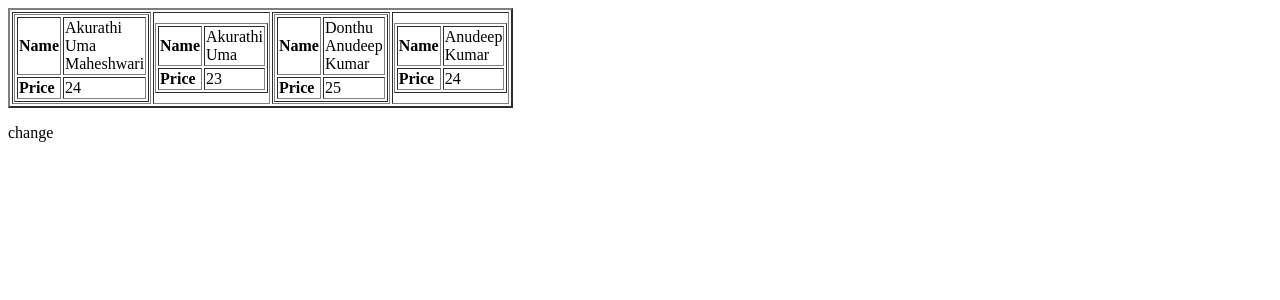
Repository: AnudeepKumarDonthu/ws
Page: work/src/main/webapp/WEB-INF/html/JsonArrayPractice.html
An editor plug-in stored every save of this project. The page is shown before and after the next save, followed by the edit.
The browser window is 1280 px wide. The pictures show the whole page.

Above is the page before, as saved 2017-01-03 07:27:31.
Console error: TypeError: Cannot set properties of null (setting 'innerHTML')

After the next save:
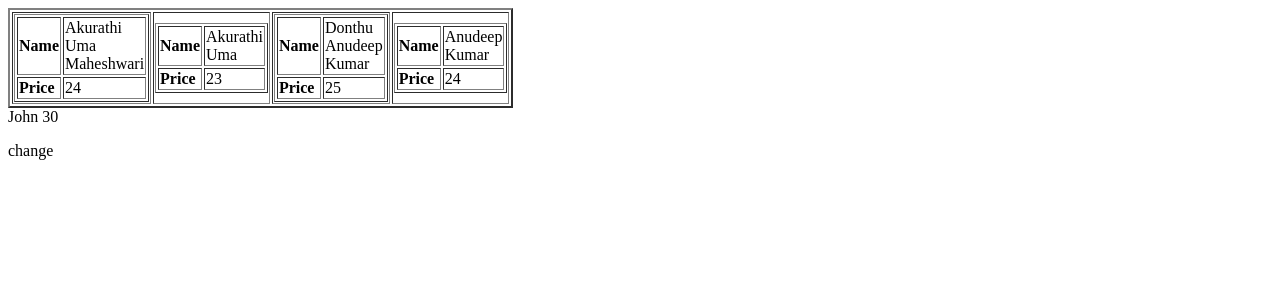
The error is gone.
Saved 51 s later.
--- a/work/src/main/webapp/WEB-INF/html/JsonArrayPractice.html
+++ b/work/src/main/webapp/WEB-INF/html/JsonArrayPractice.html
@@ -52,7 +52,8 @@
 </body>
 <script type="text/javascript">
 	var obj = JSON.parse('{ "name":"John", "age":30, "city":"New York"}');
-	document.getElementById("demo").innerHTML = obj.name + ", " + obj.age;
+	document.writeln(obj.name);
+	document.writeln(obj.age);
 </script>
 
 <p id="pid">change</p>
